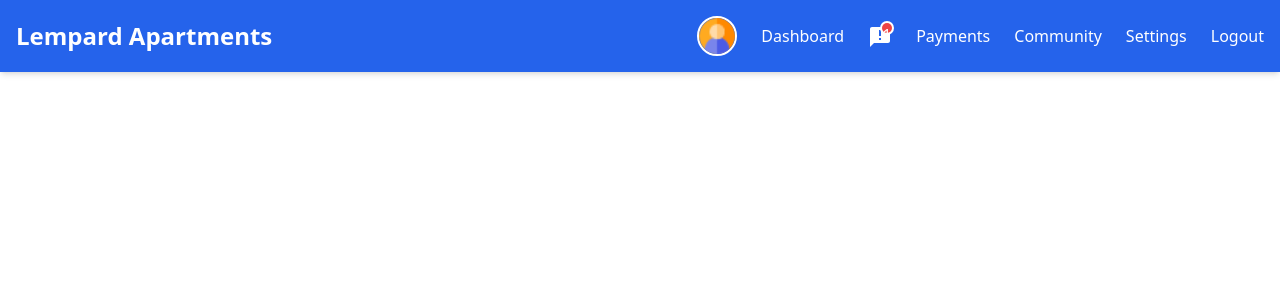
Repository: makanda596/system
Page: /home (app in client/)
The author's editor kept a copy of each file at every save. The page is drawn from the files as they stood at one save, then again after the next save.
The browser window is 1280 px wide. The pictures show the whole page.
The project was rebuilt for these pictures with package versions that can differ from the ones it lists, and the page was loaded fresh each time. Also part of the build but not shown: client/src/SignUpForm.jsx, client/src/LoginForm.jsx. Imported but missing from the stored project, and not drawn on this page: client/src/reportWebVitals.

Above is the page before, as saved 2024-12-03 09:14:36.

After the next save:
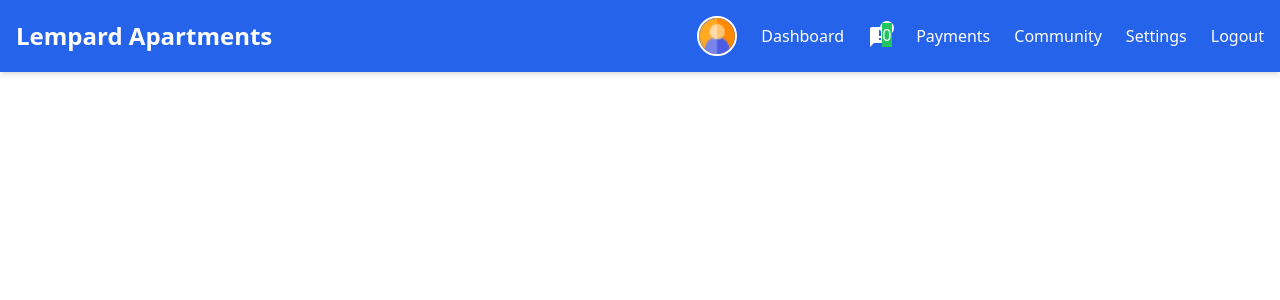
Saved 3 min 19 s later.
--- a/client/src/componets/Navbar.jsx
+++ b/client/src/componets/Navbar.jsx
@@ -7,6 +7,7 @@ function Navbar() {
         // Logic for logging out (e.g., clearing session data, tokens, etc.)
         window.location.href = '/login'; // Redirect to the login page after logout
     };
+    const alert = 2
 
     return (
         <nav className="bg-blue-600 shadow-md">
@@ -28,7 +29,9 @@ function Navbar() {
                     {/* Dashboard Link */}
                     <Link to="/dashboard" className="hover:text-blue-300">Dashboard</Link>
                     <div className="relative">
-                        <span className="absolute top-0 right-0 inline-block w-2.5 h-2.5 bg-red-500 rounded-full ring-2 ring-white">1</span>
+                        <span className="absolute top-0 right-0 inline-block w-2.5 h-2.5 rounded-full ring-2 ring-white">
+                            {alert.length > 0 ? <p className='bg-red-500 '>{alert.length} </p> : <p className='bg-green-500 '>0</p>}
+                        </span>
                         <AnnouncementIcon />
                     </div>
                     {/* Payments Link */}
